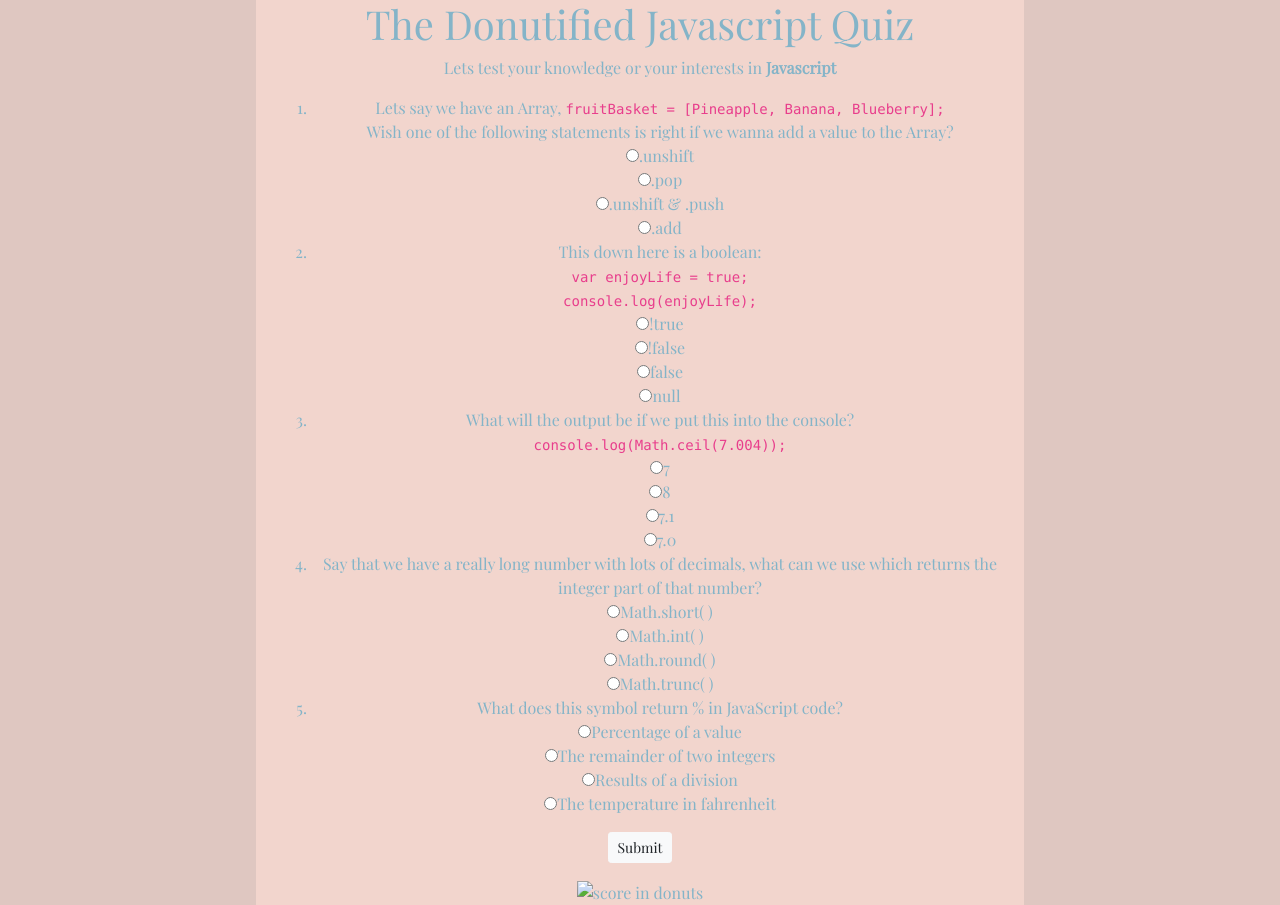
Repository: CharlotteAneriksson/donutQuiz
Page: index.html
The author's editor kept a record of every edit. The page is drawn from the files as they stood at one moment, then again after the next edit.
The browser window is 1280 px wide. The pictures show the whole page.

Above is the page before.

### index.html
<!DOCTYPE html>
<html lang="en">
<head>
    <meta charset="UTF-8">
    <meta name="viewport" content="width=device-width, initial-scale=1.0">
    <meta http-equiv="X-UA-Compatible" content="ie=edge">
    <title>JavaScript Quiz</title>

    <link href="https://fonts.googleapis.com/css?family=Playfair+Display&display=swap" rel="stylesheet">
    <link rel="stylesheet" href="https://stackpath.bootstrapcdn.com/bootstrap/4.3.1/css/bootstrap.min.css" type="text/css" />
    <link rel="stylesheet" href="css/style.css" type="text/css" >
    <script type="text/javascript" src="scripts/main.js"></script>
</head>
<body>
    <div class="container text-center">
        <header>
            <h1 class="text-capitalize">the donutified javascript quiz</h1>
            <p>Lets test your knowledge or your interests in <strong>Javascript</strong></p>
        </header>

        <section class="questions">
            <form id="quiz" name="quiz">
                <ol>
                    <li>
                        Lets say we have an Array, <code>fruitBasket = [Pineapple, Banana, Blueberry];</code><br />
                        Wish one of the following statements is right if we wanna add a value to the Array?<br />

                        <input type="radio" id="multiAnswere" name="question1" value="unshift"/><span>.unshift</span><br />
                        <input type="radio" id="multiAnswere" name="question1" value="pop"/><span>.pop</span><br />
                        <input type="radio" id="multiAnswere" name="question1" value="unshiftPush"/><span>.unshift & .push</span><br />
                        <input type="radio" id="multiAnswere" name="question1" value="add"/><span>.add</span><br />
                    </li>
                    <li>
                        This down here is a boolean: <br />
                        <code>var enjoyLife = true;</code><br />
                        <code>console.log(enjoyLife);</code><br />

                        <input type="radio" id="multiAnswere" name="question2" value="!true"/><span>!true</span><br />
                        <input type="radio" id="multiAnswere" name="question2" value="!false"/><span>!false</span><br />
                        <input type="radio" id="multiAnswere" name="question2" value="false"/><span>false</span><br />
                        <input type="radio" id="multiAnswere" name="question2" value="null"/><span>null</span><br />
                    </li>
                    <li>
                        What will the output be if we put this into the console?<br />
                        <code>console.log(Math.ceil(7.004));</code><br />

                       <input type="radio" id="multiAnswere" name="question3" value="7"/><span>7</span><br />
                       <input type="radio" id="multiAnswere" name="question3" value="8"/><span>8</span><br />
                       <input type="radio" id="multiAnswere" name="question3" value="7.1"/><span>7.1</span><br />
                       <input type="radio" id="multiAnswere" name="question3" value="7.0"/><span>7.0</span><br />
                    </li>
                    <li>
                        Say that we have a really long number with lots of decimals, what can we use which returns the integer part of that number?<br />

                       <input type="radio" id="multiAnswere" name="question4" value="short"/><span>Math.short&#40; &#41;</span><br />
                       <input type="radio" id="multiAnswere" name="question4" value="int"/><span>Math.int&#40; &#41;</span><br />
                       <input type="radio" id="multiAnswere" name="question4" value="round"/><span>Math.round&#40; &#41;</span><br />
                       <input type="radio" id="multiAnswere" name="question4" value="trunc"/><span>Math.trunc&#40; &#41;</span><br />
                    </li>
                    <li>
                        What does this symbol return &#37; in JavaScript code?<br />

                       <input type="radio" id="multiAnswere" name="question5" value="percentage"/><span></span>Percentage of a value</span><br />
                       <input type="radio" id="multiAnswere" name="question5" value="remainder"/><span></span>The remainder of two integers</span><br />
                       <input type="radio" id="multiAnswere" name="question5" value="division"/><span></span>Results of a division</span><br />
                       <input type="radio" id="multiAnswere" name="question5" value="fahrenheit"/><span></span>The temperature in fahrenheit</span><br />
                    </li>
                </ol>

                <button type="button" id="submit" class="btn btn-light btn-sm" onclick="check();">Submit</button>
            </form>
            <div id="submit-results">
                <p id="correct-score"></p>
                <img id="score-in-donuts" alt="score in donuts">
            </div>
        </section>
    </div>
</body>
</html>

### css/style.css
body{
    margin: 0;
    padding: 0;
    width:100%;
    background-color:#dfc7c1;
    font-family: 'Playfair Display', sans-serif ;
}

.container{
    width:60%;
    margin: 0 auto;
    background-color:#f2d5cd;
    color:#84b4c8;
}

### scripts/main.js
function check(){

   var question1 = document.quiz.question1.value;
   var question2 = document.quiz.question2.value;
   var question3 = document.quiz.question3.value;
   var question4 = document.quiz.question4.value;
   var question5 = document.quiz.question5.value;
   var correct = 0;

        if (question1 == "unshiftPush"){
       correct++;
    }
        if (question2 == "!false"){
       correct++;
    }
        if (question3 == "8"){
            correct++;
    }
        if (question4 == "trunc"){
            correct++;
    }
        if (question5 == "remainder"){
            correct++;
        }

   var messege = ["Great, you got them all!", "Almost there!", "You did okey...", "Oh come on, did you even try?"];
   var donuts = ["img/0-5.png", "img/1-5.png", "img/2-5.png", "img/3-5.png", "img/4-5.png", "img/5-5.png"];
   var score;

        if (correct <= 2) {
            score = 3;
        }
        if (correct == 3){
            score = 2;
        }
        if (correct == 4){
            score = 1;
        }
        if (correct == 5){
            score = 0;
        }

    document.getElementById("submit-results").style.visibility = "visible";

    document.getElementById("messege").innerHTML = messege[score];
    document.getElementById("correct-score").innerHTML = `You got ${correct} correct answers.`;
    document.getElementById("score-in-donuts").src = donuts[correct];


   //Empty inputs

}

After the next edit:
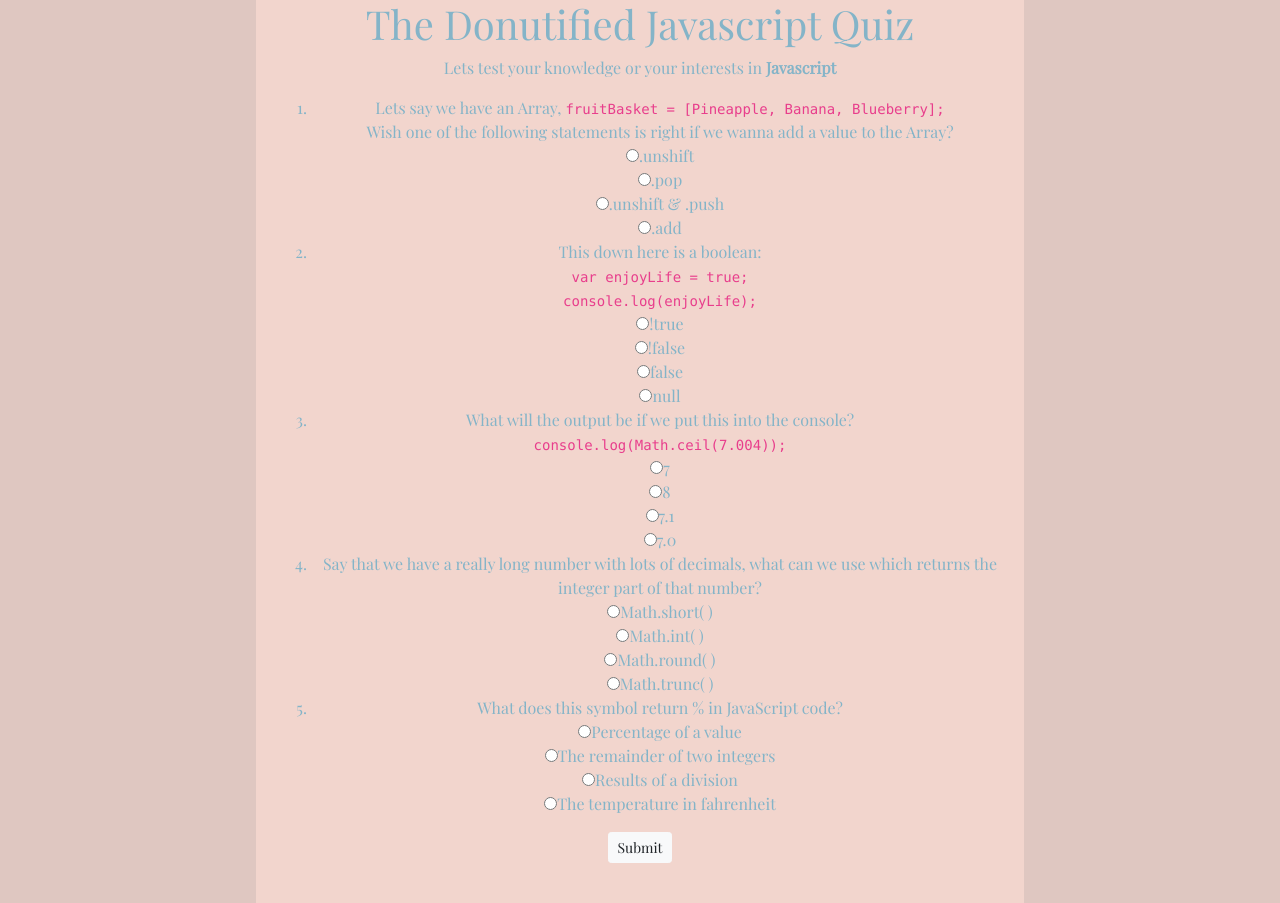
The edit:
--- a/index.html
+++ b/index.html
@@ -71,7 +71,8 @@
             </form>
             <div id="submit-results">
                 <p id="correct-score"></p>
-                <img id="score-in-donuts" alt="score in donuts">
+                <p id="messege"></p>
+                <img id="score-in-donuts">
             </div>
         </section>
     </div>
